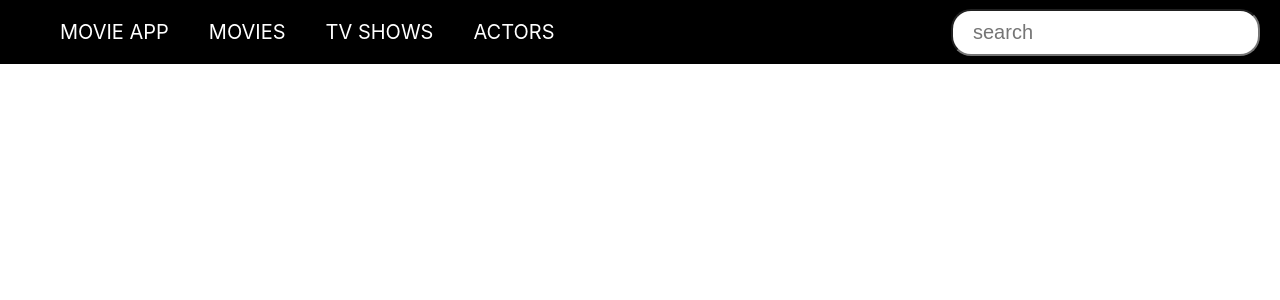
Repository: manahiang/MovieMana
Page: / (app in src/)
The author's editor kept a copy of each file at every save. The page is drawn from the files as they stood at one save, then again after the next save.
The browser window is 1280 px wide. The pictures show the whole page.
The project was rebuilt for these pictures with package versions that can differ from the ones it lists, and the page was loaded fresh each time. Also part of the build but not shown: src/src/App.css, src/src/menu/tv-shows.js, src/src/menu/actors.js, src/src/menu/movies.js.

Above is the page before, as saved 2022-11-14 11:33:14.

After the next save:
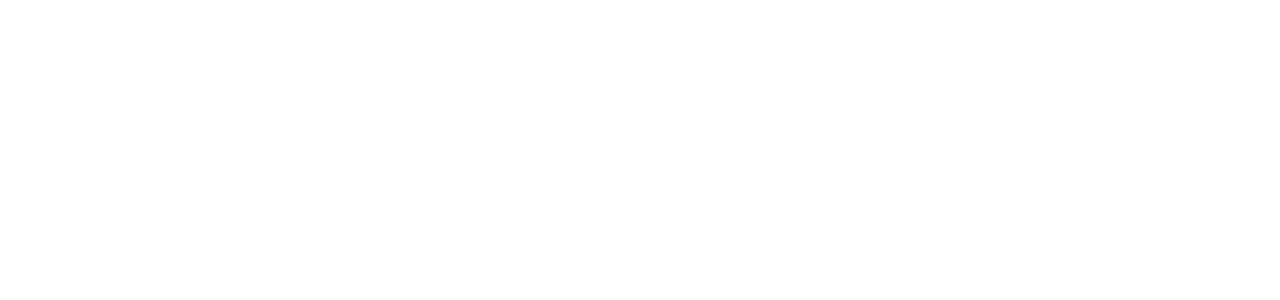
Saved 30 s later.
--- a/src/src/App.js
+++ b/src/src/App.js
@@ -9,7 +9,7 @@
 function App() {
   return (
     <BrowserRouter>
-      <MoiveMana />
+
     </BrowserRouter>
   );
 }

After the 2 saves that followed:
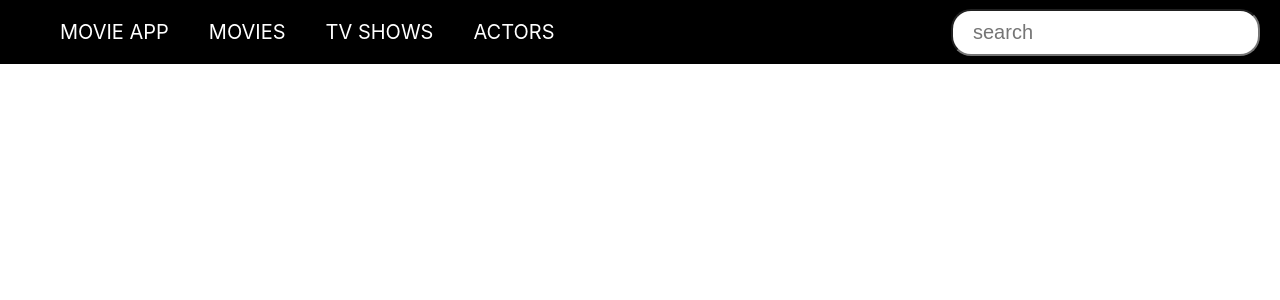
The 2 saves are shown as one change because they came seconds apart.
The last was saved 6 s later.
--- a/src/src/App.js
+++ b/src/src/App.js
@@ -9,6 +9,7 @@
 function App() {
   return (
     <BrowserRouter>
+      <MoiveMana />
 
     </BrowserRouter>
   );
